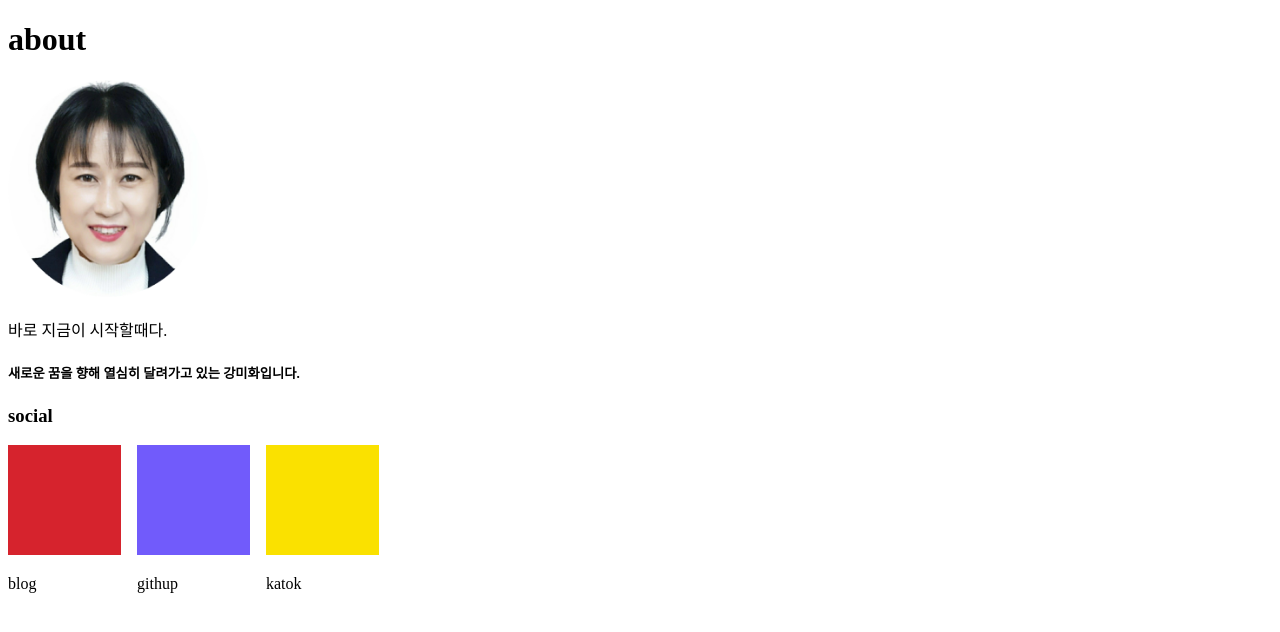
Repository: kmh9964/view
Page: workspace/studyhtml5/src/htmltags03.html
These files come from the project's save history. The page is drawn as it stood at one moment and after the next save; the edit follows.
The browser window is 1280 px wide. The pictures show the whole page.

Above is the page before, as saved 2022-12-14 07:41:51.

### workspace/studyhtml5/src/htmltags03.html
<!doctype html>
<html lang="ko">
<head>
	<meta charset="UTF-8" />
	<meta http-equiv="X-UA-Compatible" content="IE=Edge" />
	<meta name="viewport" content="width=device-width, initial-scale=1.0">
	<title>자바 백엔드 개발자 프로필</title>
	<style>
	.icons{
		display: flex;
		column-gap: 1rem;
	}
	</style>

</head>
<body>
	<h1>about</h1>
 	<img src="images/photo.png" alt="지원자 강미화" width="200">
 	<p>바로 지금이 시작할때다. </p>
 	<h5>새로운 꿈을 향해 열심히 달려가고 있는 강미화입니다. </h5>
 	<h3>social</h3>
 	<div class="icons">
 		<div>
 			<img src="images/blog.png" alt="link to blog">
 			<p>blog</p>
 		</div>
 		<div>
 			<img src="images/githup.png" alt="link to githup">
 			<p>githup</p>
 		</div>
 		<div>
 			<img src="images/katok.png" alt="link to katok">
 			<p>katok</p>
 		</div>
 	</div>


</body>
</html>

After the next save:
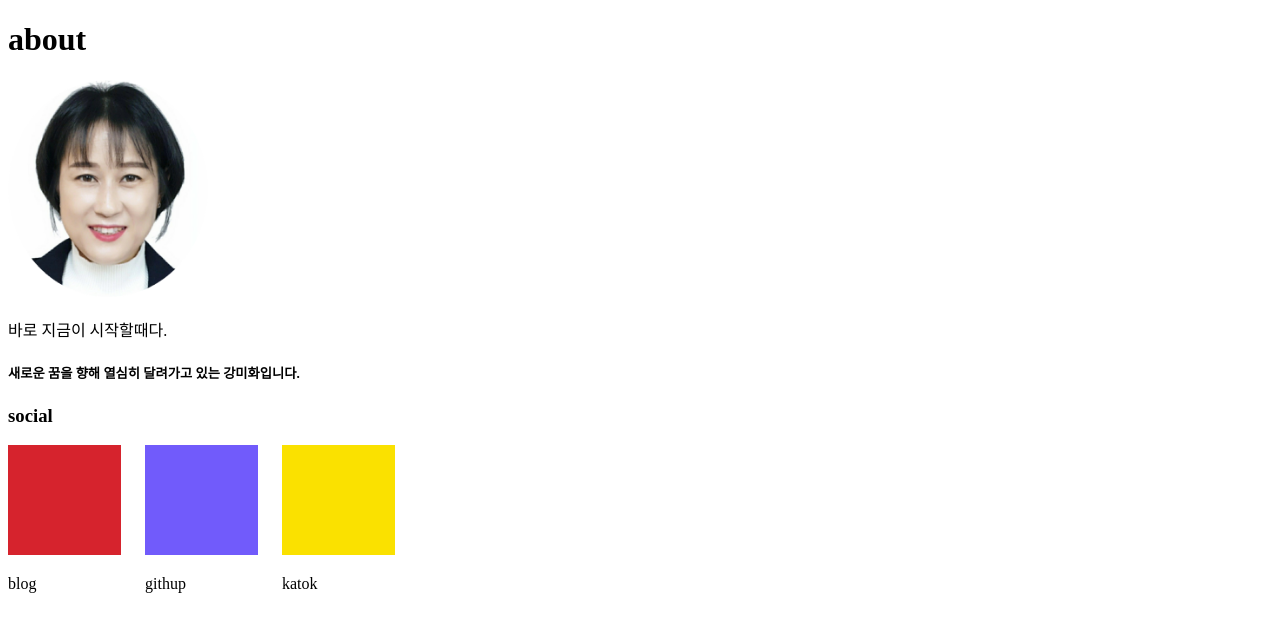
Saved 21 s later.
--- a/workspace/studyhtml5/src/htmltags03.html
+++ b/workspace/studyhtml5/src/htmltags03.html
@@ -8,7 +8,7 @@
 	<style>
 	.icons{
 		display: flex;
-		column-gap: 1rem;
+		column-gap: 1.5rem;
 	}
 	</style>
 
